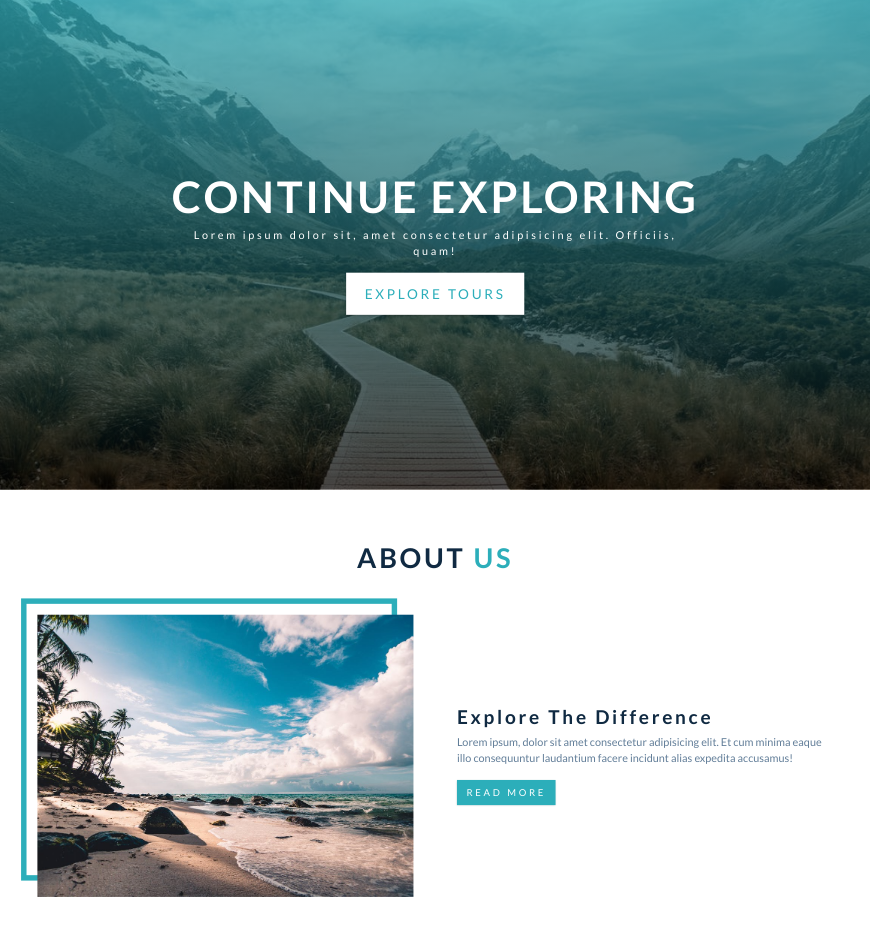
Repository: Ndifoinhilary/flexbox-project
Page: index.html
The author's editor kept a copy of each file at every save. The page is drawn from the files as they stood at one save, then again after the next save.
The browser window is 1280 px wide. The pictures show the whole page, at 68% of full size.

Above is the page before, as saved 2024-01-21 14:15:52.

### index.html
<!DOCTYPE html>
<html lang="en">
  <head>
    <meta charset="UTF-8" />
    <meta name="viewport" content="width=device-width, initial-scale=1.0" />
    <meta http-equiv="X-UA-Compatible" content="ie=edge" />
    <title>Backroads || Tour Company</title>
    <!-- favicon -->
    <link rel="shortcut icon" href="./images/favicon.ico" type="image/x-icon" />
    <!-- font-awesome -->
    <link rel="stylesheet" href="fontawesome-free-5.9.0-web/css/all.min.css" />
    <!-- styles css -->
    <link rel="stylesheet" href="./css/main.css" />
  </head>
  <body>
    <header id="home">
      <!-- nav bar -->
      <!-- end of nav bar -->
  <!-- hero section  -->
  <div class="hero">
    <div class="hero-banner">
      <h1>continue exploring</h1>
      <p>Lorem ipsum dolor sit, amet consectetur adipisicing elit. Officiis, quam!</p>
      <a href="#feature" class="btn hero-btn scroll-link ">explore tours</a>
    </div>
  </div>
   <!-- end of hero section  -->
    </header>
    <!-- end of header -->
   <!-- section -->
    <section class="section" id="about">
      <!-- section title -->
      <div class="section-title">
        <h2>about <span>us</span></h2>
      </div>
            <!-- section title -->
        <div class="section-center about-center">
          <!-- about image wrapper -->
          <article class="about-img">
            <img src="./images/about.jpeg"  class="about-photo" alt="awesome">
          </article>
          <!-- about infor -->
          <artilce class="about-info">
            <h3>explore the difference</h3>
            <p>Lorem ipsum, dolor sit amet consectetur adipisicing elit. Et cum minima eaque illo consequuntur laudantium facere incidunt alias expedita accusamus!</p>
            <a href="#" class="btn">read more</a>
          </artilce>
        </div>
    </section>
    <!-- end of about  section -->
  </body>
</html>

### css/main.css
/*
===============
Fonts
===============
*/
@import url("https://fonts.googleapis.com/css?family=Lato:400,700&display=swap");

/*
===============
Variables
===============
*/

:root {
  /* dark shades of primary color*/
  --clr-primary-1: hsl(184, 91%, 17%);
  --clr-primary-2: hsl(185, 84%, 25%);
  --clr-primary-3: hsl(185, 81%, 29%);
  --clr-primary-4: hsl(184, 77%, 34%);
  /* primary/main color */
  --clr-primary-5: hsl(185, 62%, 45%);
  /* lighter shades of primary color */
  --clr-primary-6: hsl(185, 57%, 50%);
  --clr-primary-7: hsl(184, 65%, 59%);
  --clr-primary-8: hsl(184, 80%, 74%);
  --clr-primary-9: hsl(185, 94%, 87%);
  --clr-primary-10: hsl(186, 100%, 94%);
  /* darkest grey - used for headings */
  --clr-grey-1: hsl(209, 61%, 16%);
  --clr-grey-2: hsl(211, 39%, 23%);
  --clr-grey-3: hsl(209, 34%, 30%);
  --clr-grey-4: hsl(209, 28%, 39%);
  /* grey used for paragraphs */
  --clr-grey-5: hsl(210, 22%, 49%);
  --clr-grey-6: hsl(209, 23%, 60%);
  --clr-grey-7: hsl(211, 27%, 70%);
  --clr-grey-8: hsl(210, 31%, 80%);
  --clr-grey-9: hsl(212, 33%, 89%);
  --clr-grey-10: hsl(210, 36%, 96%);
  --clr-white: #fff;
  --ff-primary: "Lato", sans-serif;
  --transition: all 0.3s linear;
  --spacing: 0.25rem;
  --radius: 0.5rem;
  --light-shadow: 0 5px 15px rgba(0, 0, 0, 0.1);
  --dark-shadow: 0 5px 15px rgba(0, 0, 0, 0.2);
}
/*
===============
Global Styles
===============
*/

* {
  margin: 0;
  padding: 0;
  box-sizing: border-box;
}
body {
  font-family: var(--ff-primary);
  background: var(--clr-white);
  color: var(--clr-grey-1);
  line-height: 1.5;
  font-size: 0.875rem;
}
a {
  text-decoration: none;
}
/* img:not(.nav-logo) {
  width: 100%;
  display: block;
} */
img {
  width: 100%;
  display: block;
}
h1,
h2,
h3,
h4 {
  letter-spacing: var(--spacing);
  text-transform: capitalize;
  line-height: 1.25;
  margin-bottom: 0.75rem;
}
h1 {
  font-size: 3rem;
}
h2 {
  font-size: 2rem;
}
h3 {
  font-size: 1.25rem;
}
h4 {
  font-size: 0.875rem;
}
p {
  margin-bottom: 1.25rem;
  color: var(--clr-grey-5);
}
@media screen and (min-width: 800px) {
  h1 {
    font-size: 4rem;
  }
  h2 {
    font-size: 2.5rem;
  }
  h3 {
    font-size: 1.75rem;
  }
  h4 {
    font-size: 1rem;
  }
  body {
    font-size: 1rem;
  }
  h1,
  h2,
  h3,
  h4 {
    line-height: 1;
  }
}
/*  global classes */

.btn {
  text-transform: uppercase;
  background: var(--clr-primary-5);
  color: var(--clr-white);
  padding: 0.375rem 0.75rem;
  letter-spacing: var(--spacing);
  display: inline-block;
  /* font-weight: 700; */
  transition: var(--transition);
  font-size: 0.875rem;
  border: 2px solid transparent;
  cursor: pointer;
  box-shadow: 0 1px 3px rgba(0, 0, 0, 0.2);
}
.btn:hover {
  color: var(--clr-primary-1);
  background: var(--clr-primary-8);
}
.section {
  padding: 5rem 0;
}
.section-title {
  text-align: center;
  margin-bottom: 4rem;
}
.section-title h2 {
  text-transform: uppercase;
}
.section-title span {
  color: var(--clr-primary-5);
}
.section-center {
  width: 90vw;
  margin: 0 auto;
  max-width: 1170px;
}
@media screen and (min-width: 992px) {
  .section-center {
    width: 95vw;
  }
}
/*
===============
Navbar
===============
*/

/*
===============
Hero
===============
*/
.hero {
  min-height: 100vh;
  background: var(--clr-primary-5);
  display: flex;
  justify-content: center;
  align-items: center;
}
.hero-banner {
  text-align: center;
  color: var(--clr-white);
  padding: 0 3rem;
}
.hero-banner h1 {
  text-transform: uppercase;
}
.hero-banner p {
  max-width: 35rem;
  margin-left: auto;
  margin-right: auto;
  color: var(--clr-white);
  letter-spacing: var(--spacing);
}
.hero-btn {
  padding: 0.9rem 1.6rem;
  font-size: 1.25rem;
  background: var(--clr-white);
  color: var(--clr-primary-5);
}
.hero-btn:hover {
  background: transparent;
  color: var(--clr-white);
  border-color: var(--clr-white);
}
@media screen and (min-width: 768px) {
  .hero {
    background: linear-gradient(rgb(44, 174, 186, 0.7), rgba(0, 0, 0, 0.7)),
      url("../images/main.jpeg") center/cover no-repeat;
  }
  .hero-banner {
    padding: 0;
  }
  .hero-banner p {
    max-width: 45rem;
  }
}
/*
===============
About
===============
*/
/* section add to globals */
/* title add to globals */
/* section center add to globals */
.about-img,
.about-info {
  margin-bottom: 2rem;
}
@media screen and (min-width: 992px) {
  .about-center {
    display: flex;
    justify-content: space-between;
    flex-wrap: wrap;
  }
  .about-img,
  .about-info {
    flex: 0 0 calc(50% - 2rem);
    margin-bottom: 0;
    align-self: center;
  }
}

@media screen and (min-width: 1170px) {
  .about-img::before{
    content: "";
    position: absolute;
    border: 0.5rem solid var(--clr-primary-5);
    box-sizing: border-box;
    height: 100%;
    width: 100%;
    top: -1.5rem;
    left: -1.5rem;

  }
  .about-img{
    position: relative;
  }
  .about-photo{
    position: relative ;
  }
}
/*
===============
Services
===============
*/

/*
===============
Featured Tours
===============
*/
/*
===============
Deals
===============
*/
/*
===============
Gallery
===============
*/

/*
===============
Footer
===============
*/

Loaded but not shown: fontawesome-free-5.9.0-web/css/all.min.css (library)

After the next save:
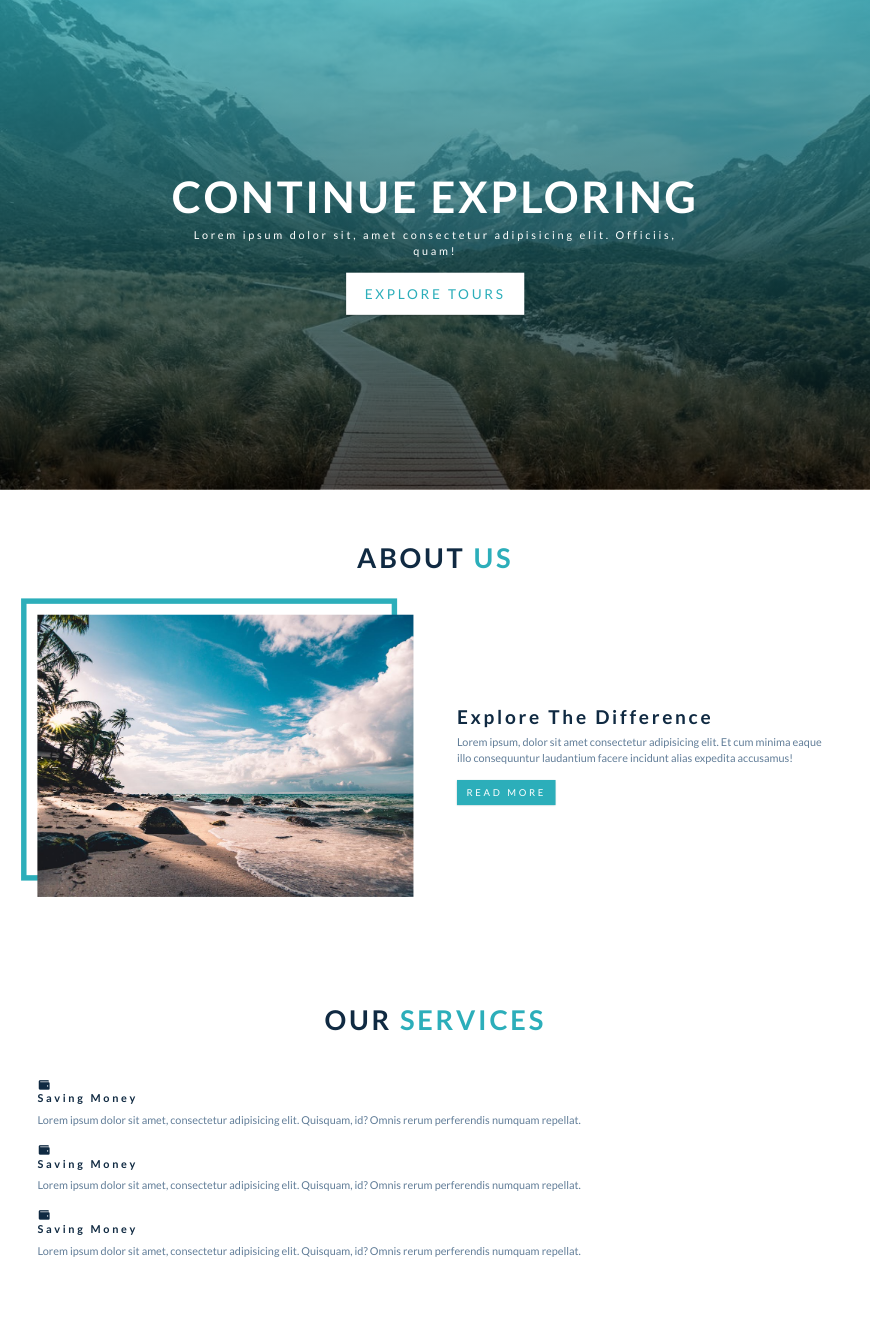
Saved 18 min 34 s later.
--- a/index.html
+++ b/index.html
@@ -48,5 +48,54 @@
         </div>
     </section>
     <!-- end of about  section -->
+
+
+    <!-- service section start -->
+
+    <section class="section services" id="servics">
+      <div class="section-title">
+        <h2>our <span>services</span></h2>
+      </div>
+      <div class="section-center services-center">
+        <!-- single service -->
+        <article class="service">
+          <span class="service-icon">
+            <i class="fas fa-wallet fa-fw"></i>
+          </span>
+          <div class="service-info">
+            <h4 class="service-title" >saving money</h4>
+            <p class="service-text"> Lorem ipsum dolor sit
+              amet, consectetur adipisicing elit. Quisquam, id?
+               Omnis rerum perferendis numquam repellat.</p>
+          </div>
+        </article>
+        <article class="service">
+          <span class="service-icon">
+            <i class="fas fa-wallet fa-fw"></i>
+          </span>
+          <div class="service-info">
+            <h4 class="service-title" >saving money</h4>
+            <p class="service-text"> Lorem ipsum dolor sit
+              amet, consectetur adipisicing elit. Quisquam, id?
+               Omnis rerum perferendis numquam repellat.</p>
+          </div>
+        </article>
+         <article class="service">
+          <span class="service-icon">
+            <i class="fas fa-wallet fa-fw"></i>
+          </span>
+          <div class="service-info">
+            <h4 class="service-title" >saving money</h4>
+            <p class="service-text"> Lorem ipsum dolor sit
+              amet, consectetur adipisicing elit. Quisquam, id?
+               Omnis rerum perferendis numquam repellat.</p>
+          </div>
+        </article>
+      </div>
+      </section>
+
+
+
+    <!-- end of service section start -->
   </body>
 </html>
